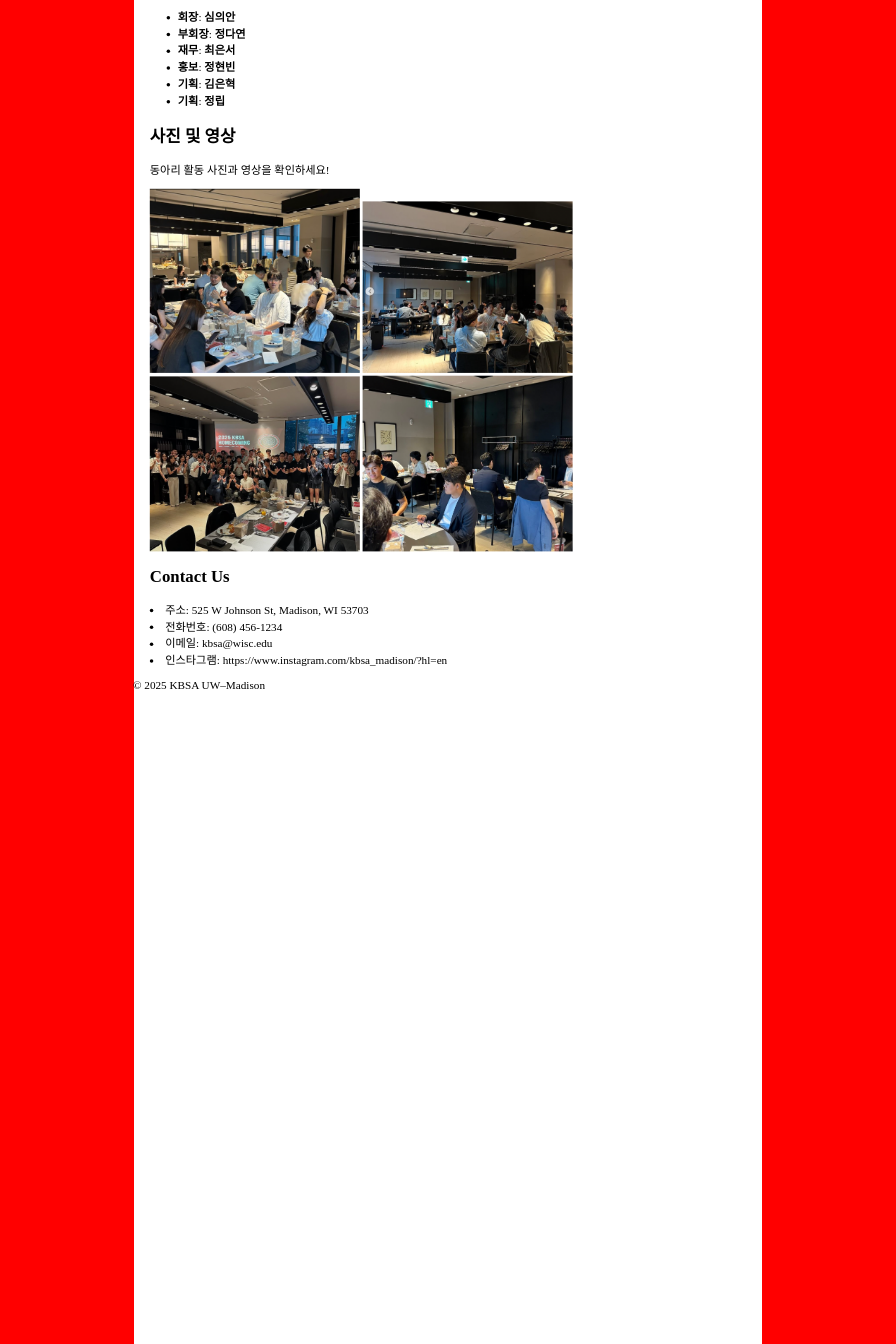
Repository: 23HarveyJi/25-Fall_chillguys
Page: website.html
These files come from the project's save history. The page is drawn as it stood at one moment and after the next save; the edit follows.
The browser window is 1280 px wide. The pictures show the part of the page from y = 624 to 2544 px (the page is 18019 px tall), at 70% of full size.

Above is the page before, as saved 2025-10-16 23:36:35.

### website.html
<!DOCTYPE html>
<html lang="ko">
<head>
  <meta charset="UTF-8" />
  <title>UW–Madison 한인 동아리</title>
  <link rel="stylesheet" href="website.css" />
</head>

<body>
  <!-- 1. 소개 섹션 -->
  <div class="container">
    <h1>Korean Business Student Association</h1>

   <p><b>지원 링크:</b></p>
<a href="https://linktr.ee/kbsamadison?fbclid=PAZXh0bgNhZW0CMTEAAaez0IGr_gX9bEeE5vzRfHqp_7vc0nbncP" target="_blank">
  KBSA 지원하러 가기
</a>

   <h2>동아리 소개</h2>
    <p><i>저희 동아리는 UW–Madison에서 활동하는 한인 학생들의 모임입니다. 경영동아리로서, 다양한 비즈니스 관련 활동과 네트워킹 기회를 제공합니다.
        매주 정기 모임을 통해 최신 비즈니스 트렌드와 사례를 공유하고, 워크숍과 세미나를 개최하여 회원들의 역량 강화를 도모합니다.
        저희 동아리는 모든 전공 학생들에게 열려 있으며, 함께 성장하고 발전할 수 있는 기회를 제공합니다.
        관심 있는 분들은 언제든지 연락 주시기 바랍니다.</i>
</p>

<div class="container">
  <div class="content">
    <div class="text">
      <h2>동아리 목표</h2>
      <ul>
        <li>비즈니스 지식과 실무 능력 향상</li>
        <li>게스트 스피커 및 네트워킹 기회 제공</li>
        <li>프로젝트 발표</li>
        <li>피크닉</li>
        <li>홈커밍 이벤트</li>
        <li>소셜 미팅</li>
      </ul>
    </div>

   <div class="image">
  <!-- 로고에만 링크 -->
  <a href="https://www.instagram.com/kbsa_madison/?hl=en" target="_blank">
    <img src="kbsa.jpg" width="300" alt="KBSA" title="kbsa_madison">
  </a>
</div>



</div>
  </div>

  <!-- 2. 임원진 섹션 (body 안에 또 body 넣지 않기!) -->
  <div class="container">
    <h2>임원진 소개</h2>
   <ul class="officers">
  <li><a href="심의안.jpg" target="_blank"><strong>회장</strong>: <strong>심의안</strong></a></li>
  <li><a href="정다연.jpg" target="_blank"><strong>부회장</strong>:<strong> 정다연</strong> </a></li>
  <li><a href="최은서.jpg" target="_blank"><strong>재무</strong>: <strong>최은서</strong></a></li>
  <li><a href="정현빈.jpg" target="_blank"><strong>홍보</strong>: <strong>정현빈</strong></a></li>
  <li><a href="김은혁.jpg" target="_blank"><strong>기획</strong>: <strong>김은혁</strong></a></li>
  <li><a href="정립.jpg" target="_blank"><strong>기획</strong>: <strong> 정립 </strong></a></li>
</ul>

    </ul>
  </div>
</body>
</html>


<!-- ... 위쪽 내용 ... -->

<section>
  <div class="container">
    <h2>사진 및 영상</h2>
    <p>동아리 활동 사진과 영상을 확인하세요!</p>

    <!-- 필요하면 각 이미지를 클릭 시 원본 보기 -->
    <a href="homecoming1.jpg" target="_blank"><img src="homecoming1.jpg" width="300" alt="KBSA Photos" title="KBSA Photos"></a>
    <a href="homecoming2.jpg" target="_blank"><img src="homecoming2.jpg" width="300" alt="KBSA Photos" title="KBSA Photos"></a>
    <a href="homecoming3.jpg" target="_blank"><img src="homecoming3.jpg" width="300" alt="KBSA Photos" title="KBSA Photos"></a>
    <a href="homecoming4.jpg" target="_blank"><img src="homecoming4.jpg" width="300" alt="KBSA Photos" title="KBSA Photos"></a>
  </div>
</section>
</body>

</html>
<section>
        <div class="container">
            <h2>Contact Us</h2>
        <p>
            <li>주소: 525 W Johnson St, Madison, WI 53703</li>
            <li>전화번호: (608) 456-1234</li>
           <li>이메일: kbsa@wisc.edu</li>
            <li>인스타그램: https://www.instagram.com/kbsa_madison/?hl=en</li>
        </p>
</section>
    <p>© 2025 KBSA UW–Madison</p>
</footer>

### website.css
/* style.css — HTML 태그 금지! CSS만 */
/* style.css */

html, body {
    height: 500%;
    margin: 0;
}
body {
  background: linear-gradient(to right,
   red 15%,
   white 15% 85%,
   red 85%);
  background-repeat: no-repeat;
margin: 0;
}
.container {
  max-width: 800px;
  margin: 50px auto;
  padding: 0 20px;
}
h1 {
    font-size: 28px;
    font-weight: 700;
    margin-bottom: 15px;
    text-align: center;
}
/* 중앙 본문 폭 */
.container { max-width: 900px; margin: 0 auto; padding: 0 24px; }

/* ⬇️ 핵심 */
.content{
  display: flex;
  align-items: flex-start;
  justify-content: space-between;
  gap: 32px;
}

.text{ flex: 1 1 60%; }                    /* 텍스트 영역 */
.image{ flex: 0 0 260px; display:flex; justify-content:flex-end; }
.image img{ width: 240px; height:auto; display:block; }

/* 좁은 화면에서는 세로로 쌓이게 */
@media (max-width: 768px){
  .content{ flex-direction: column; }
  .image{ justify-content: flex-start; }
}

/* 로고 이미지만 링크 유지 + 클릭 시 효과 주기 (선택사항) */
.image a img {
  transition: transform 0.2s ease;
}

.image a img:hover {
  transform: scale(1.10);
}

a {
  text-decoration: none;
  color: black;
}

After the next save:
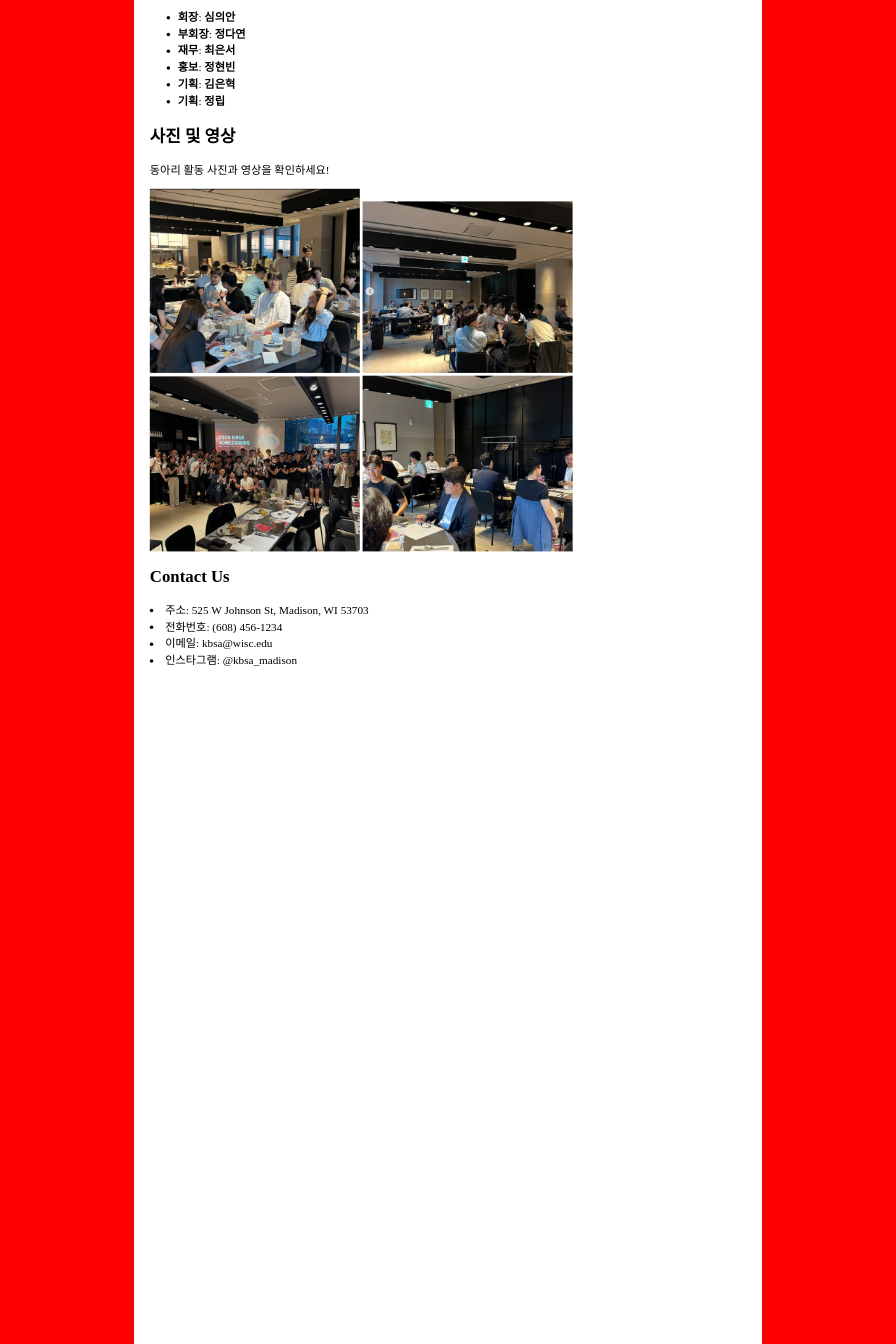
Saved 40 s later.
--- a/website.html
+++ b/website.html
@@ -83,16 +83,20 @@
 </section>
 </body>
 
-</html>
 <section>
-        <div class="container">
-            <h2>Contact Us</h2>
-        <p>
-            <li>주소: 525 W Johnson St, Madison, WI 53703</li>
-            <li>전화번호: (608) 456-1234</li>
-           <li>이메일: kbsa@wisc.edu</li>
-            <li>인스타그램: https://www.instagram.com/kbsa_madison/?hl=en</li>
-        </p>
+  <div class="container">
+    <h2>Contact Us</h2>
+    <p>
+      <li>주소: 525 W Johnson St, Madison, WI 53703</li>
+      <li>전화번호: (608) 456-1234</li>
+      <li>이메일: kbsa@wisc.edu</li>
+      <li>인스타그램:
+        <a href="https://www.instagram.com/kbsa_madison/?hl=en" target="_blank">
+          @kbsa_madison
+        </a>
+      </li>
+    </p>
+  </div>
 </section>
-    <p>© 2025 KBSA UW–Madison</p>
-</footer>
+
+<f
